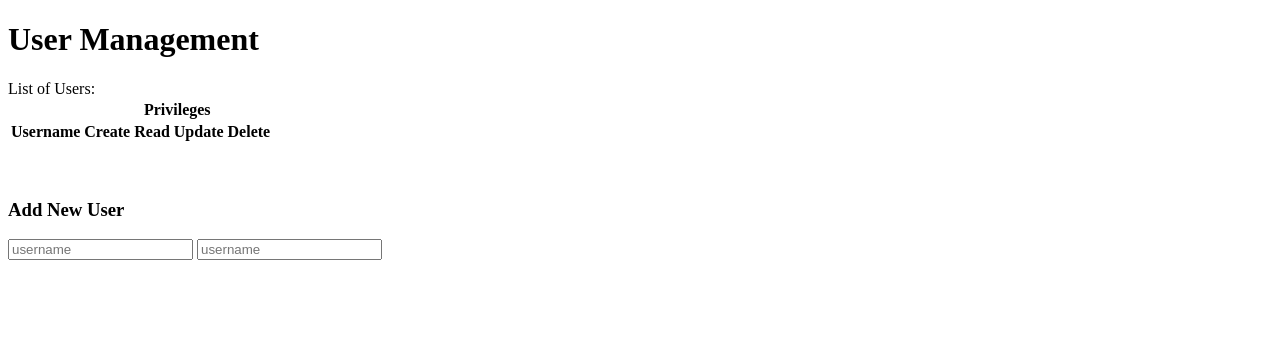
Repository: danalenvargas/TrainingWorkspace
Page: http://localhost/CaseStudyDraft/usermanagement.jsp
These files come from the project's save history. The page is drawn as it stood at one moment and after the next save; the edit follows.
The browser window is 1280 px wide. The pictures show the whole page.
The page is served by Tomcat 9. Other server files are loaded and not shown.

Above is the page before, as saved 2018-08-27 00:30:10.

### CaseStudyDraft/WebContent/usermanagement.jsp
<%@ taglib prefix = "c" uri = "http://java.sun.com/jsp/jstl/core" %>
<%@ page language="java" contentType="text/html; charset=ISO-8859-1"
    pageEncoding="ISO-8859-1"%>
<!DOCTYPE html PUBLIC "-//W3C//DTD HTML 4.01 Transitional//EN" "http://www.w3.org/TR/html4/loose.dtd">
<html>
<head>
<meta http-equiv="Content-Type" content="text/html; charset=ISO-8859-1">
<title>User Management</title>
</head>
<body>
<h1>User Management</h1>
List of Users: <br>
<table>
	<tr>
		<th></th>
		<th colspan="4">Privileges</th>
	</tr>
	<tr>
		<th>Username</th>
		<th>Create</th>
		<th>Read</th>
		<th>Update</th>
		<th>Delete</th>
	</tr>
	<c:forEach items="${userList}" var="account">
		<tr>
			<td>${account.username}</td>
			<td>${account.canCreate}</td>
			<td>${account.canRead}</td>
			<td>${account.canUpdate}</td>
			<td>${account.canDelete}</td>
		</tr>
	</c:forEach>
</table>
<br><br>
<h3>Add New User</h3>
<form action="UserManagement" method="post">
	<input type="text" name="username" placeholder="username">
	<input type="password" name="username" placeholder="username">

</form>
</body>
</html>

After the next save:
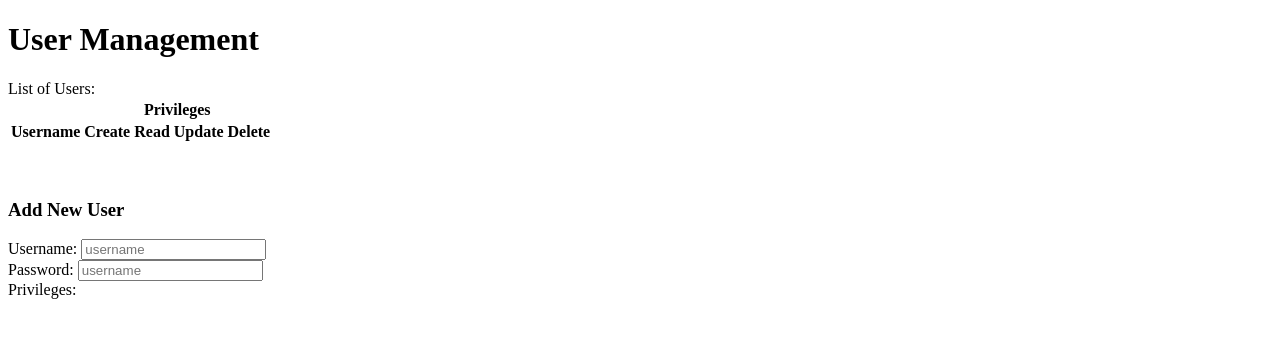
Saved 51 s later.
--- a/CaseStudyDraft/WebContent/usermanagement.jsp
+++ b/CaseStudyDraft/WebContent/usermanagement.jsp
@@ -35,9 +35,9 @@ List of Users: <br>
 <br><br>
 <h3>Add New User</h3>
 <form action="UserManagement" method="post">
-	<input type="text" name="username" placeholder="username">
-	<input type="password" name="username" placeholder="username">
-
+	Username: <input type="text" name="username" placeholder="username"><br>
+	Password: <input type="password" name="username" placeholder="username"><br>
+	Privileges:
 </form>
 </body>
 </html>
